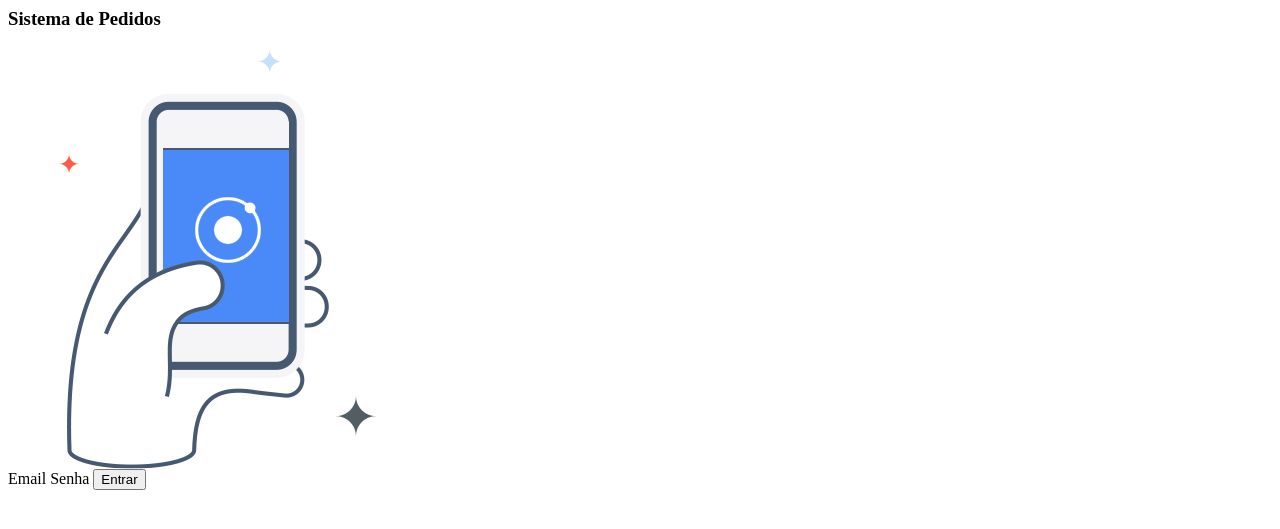
Repository: Matheus-Bandeira/ionic-ui
Page: src/pages/home/home.html
The author's editor kept a copy of each file at every save. The page is drawn from the files as they stood at one save, then again after the next save.
The browser window is 1280 px wide. The pictures show the whole page.

Above is the page before, as saved 2019-03-08 14:34:54.

### src/pages/home/home.html
<ion-content padding>
  <h3>Sistema de Pedidos</h3>

  <img src="assets/imgs/tela-inicial.png" alt="logo">

  <form>
    <ion-item>
      <ion-label stacked>Email</ion-label>
      <ion-input type="text"></ion-input>
    </ion-item>

    <ion-item>
      <ion-label stacked>Senha</ion-label>
      <ion-input type="password"></ion-input>
    </ion-item>
    <button ion-button color="success" block>Entrar</button>
  </form>
</ion-content>

After the next save:
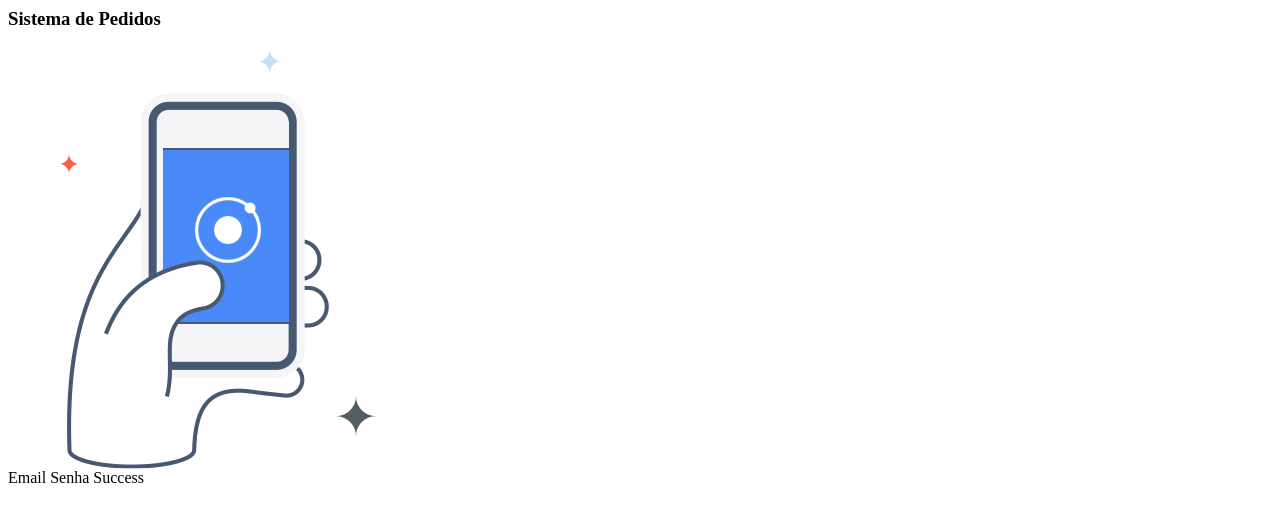
Saved 4 min 40 s later.
--- a/src/pages/home/home.html
+++ b/src/pages/home/home.html
@@ -13,6 +13,10 @@
       <ion-label stacked>Senha</ion-label>
       <ion-input type="password"></ion-input>
     </ion-item>
-    <button ion-button color="success" block>Entrar</button>
+
+    <ion-button color="success">Success</ion-button>
+    <!--
+      <button ion-button color="success" block>Entrar</button>
+    -->
   </form>
 </ion-content>

After the save that followed:
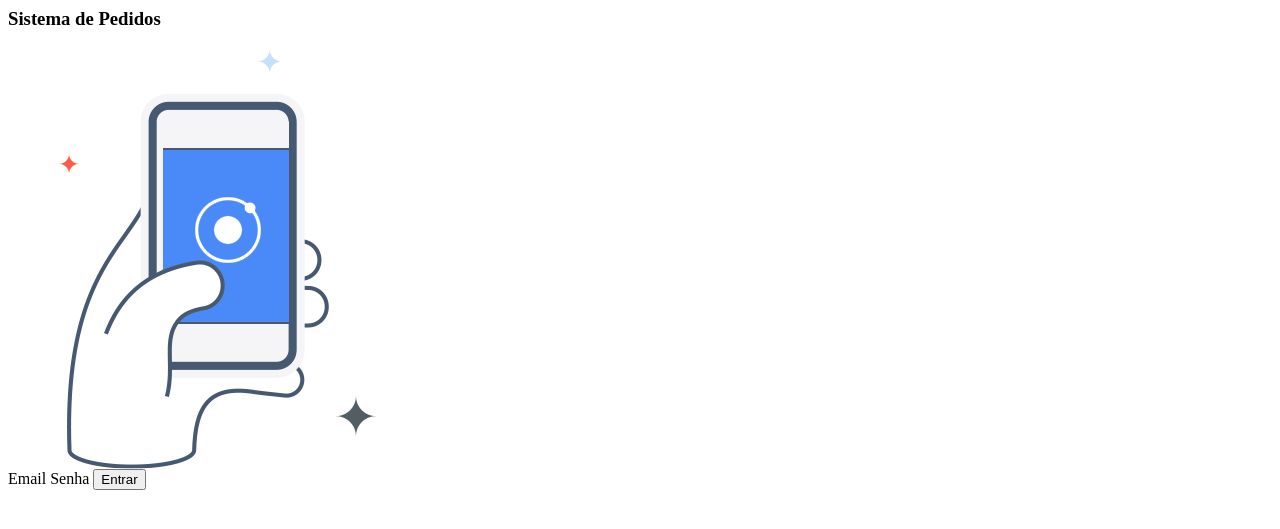
Saved 102 s later.
--- a/src/pages/home/home.html
+++ b/src/pages/home/home.html
@@ -14,9 +14,7 @@
       <ion-input type="password"></ion-input>
     </ion-item>
 
-    <ion-button color="success">Success</ion-button>
-    <!--
-      <button ion-button color="success" block>Entrar</button>
-    -->
+    <button ion-button color="success" block>Entrar</button>
+
   </form>
 </ion-content>
